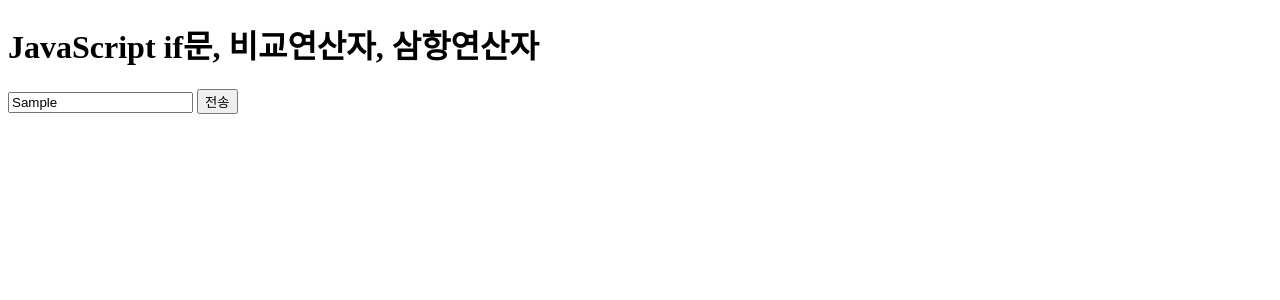
Repository: XenosJM/WEB_CODES
Page: Web03_JavaScript/src/main/webapp/05_if.html
An editor plug-in stored every save of this project. The page is shown before and after the next save, followed by the edit.
The browser window is 1280 px wide. The pictures show the whole page.
Empty fields were first filled with sample values (such as "Sample", 5 or name@example.com).
After loading, the first visible `button` was clicked once.

Above is the page before, as saved 2024-03-20 05:08:26.

After the next save:
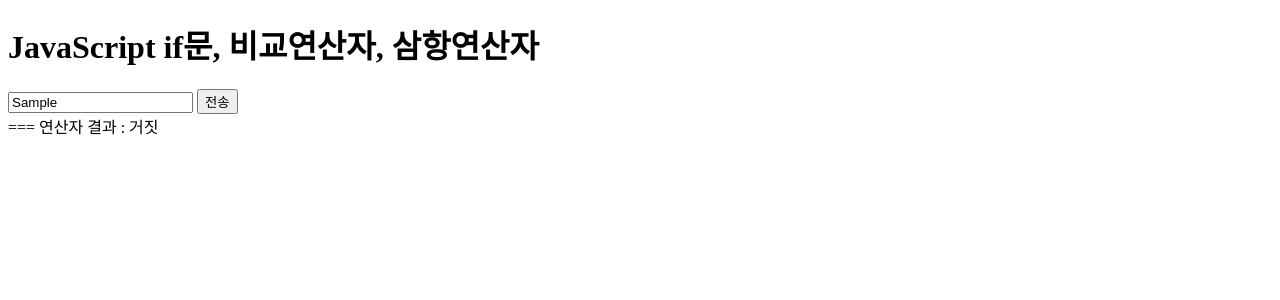
Saved 3 min 26 s later.
--- a/Web03_JavaScript/src/main/webapp/05_if.html
+++ b/Web03_JavaScript/src/main/webapp/05_if.html
@@ -18,6 +18,7 @@
 			console.log(x);
 			console.log(typeof x);
 
+			// 자동 형 변환이 발생하여 값만 비교
 			if(x > 0){
 				output.innerHTML += '양수<br>';
 			} else if (x == 0){
@@ -25,6 +26,14 @@
 			} else if (x < 0){
 				output.innerHTML += '음수<br>';
 			}
+
+			// ===, !== : 타입과 값을 함께 비교
+			let age = '18';
+			if(age === 18){
+				output.innerHTML += '=== 연산자 결과 : 참<br>';
+			} else{
+				output.innerHTML += '=== 연산자 결과 : 거짓<br>';
+			}
 		}
 	</script>
 </body>
